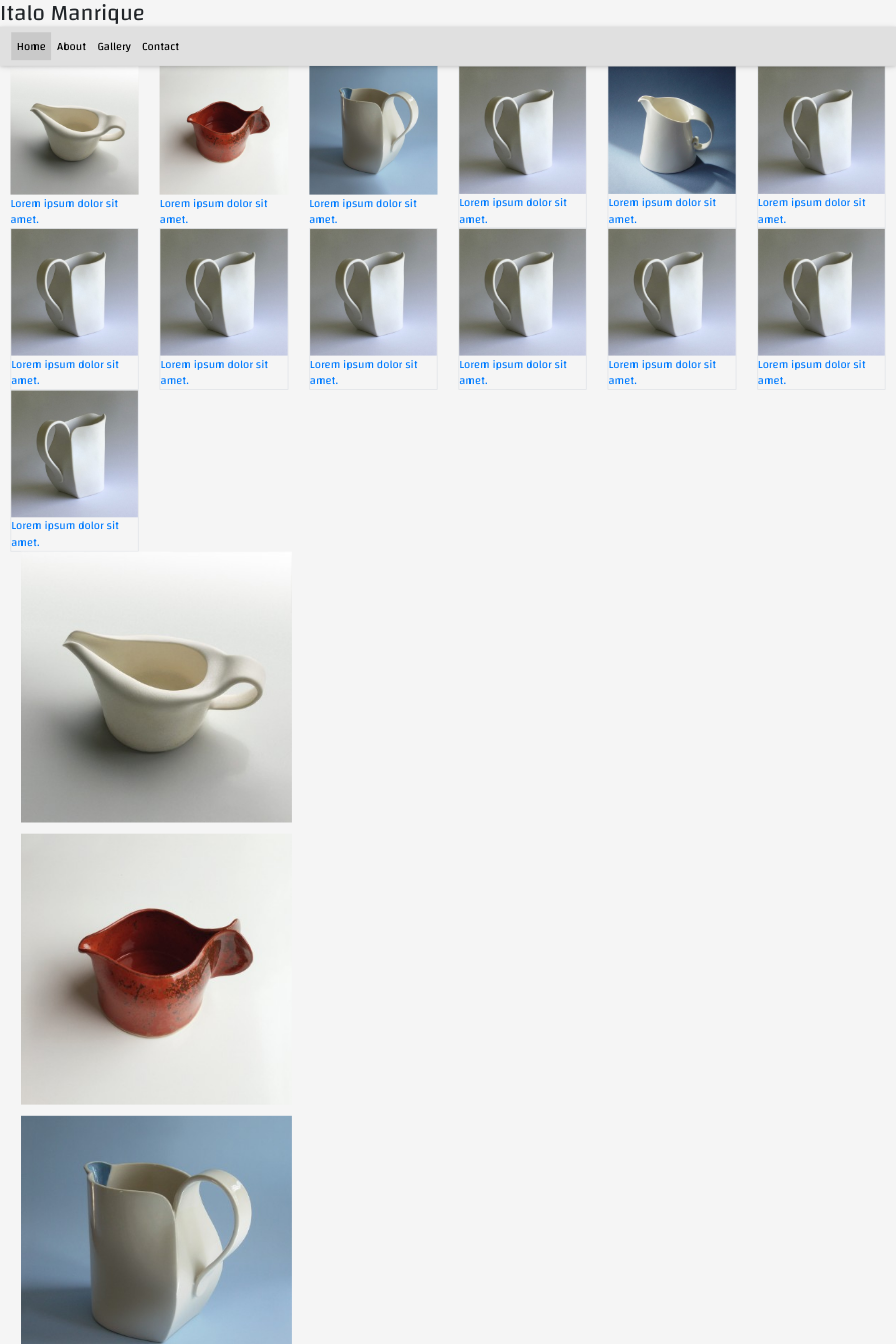
Repository: ManrOsca/ceramics
Page: MDB/gallery.html
The author's editor kept a record of every edit. The page is drawn from the files as they stood at one moment, then again after the next edit.
The browser window is 1280 px wide. The pictures show the part of the page from y = 0 to 1920 px (the page is 6023 px tall), at 70% of full size.

Above is the page before.

After the next edit:
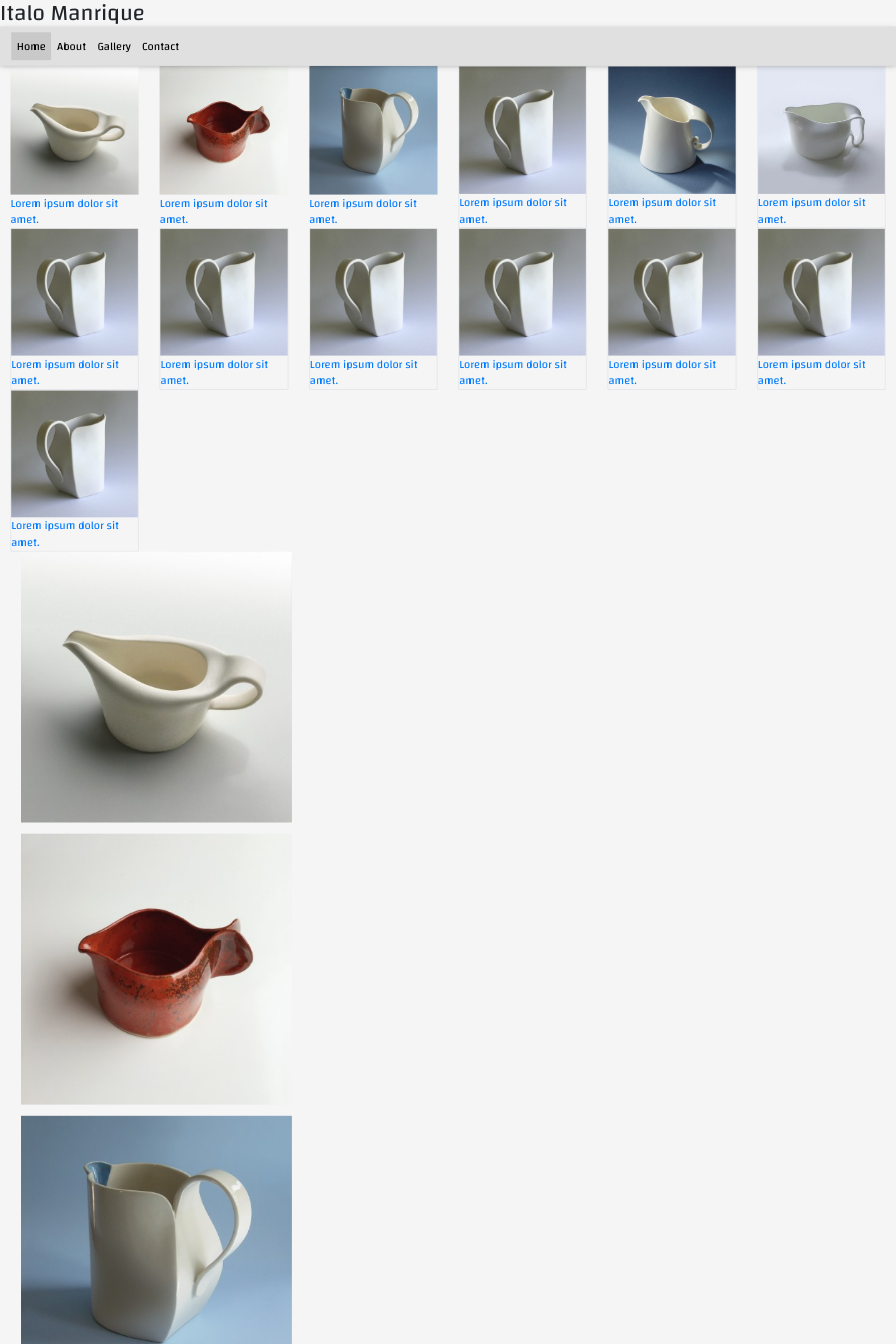
The edit:
--- a/MDB/gallery.html
+++ b/MDB/gallery.html
@@ -113,8 +113,8 @@
 
                 <div class="col-lg-2 col-sm-4">
                   <div class="img-thumbnail">
-                      <a href="img/jug-2.jpg">
-                     <img src="img/jug-2-thumb.jpg" alt="jug-4" class="img-responsive">
+                      <a href="img/jug-4.jpg">
+                     <img src="img/jug-4-thumb.jpg" alt="jug-4" class="img-responsive">
                      <div class="caption">Lorem ipsum dolor sit amet.</div>
                      </a>
                   </div>
